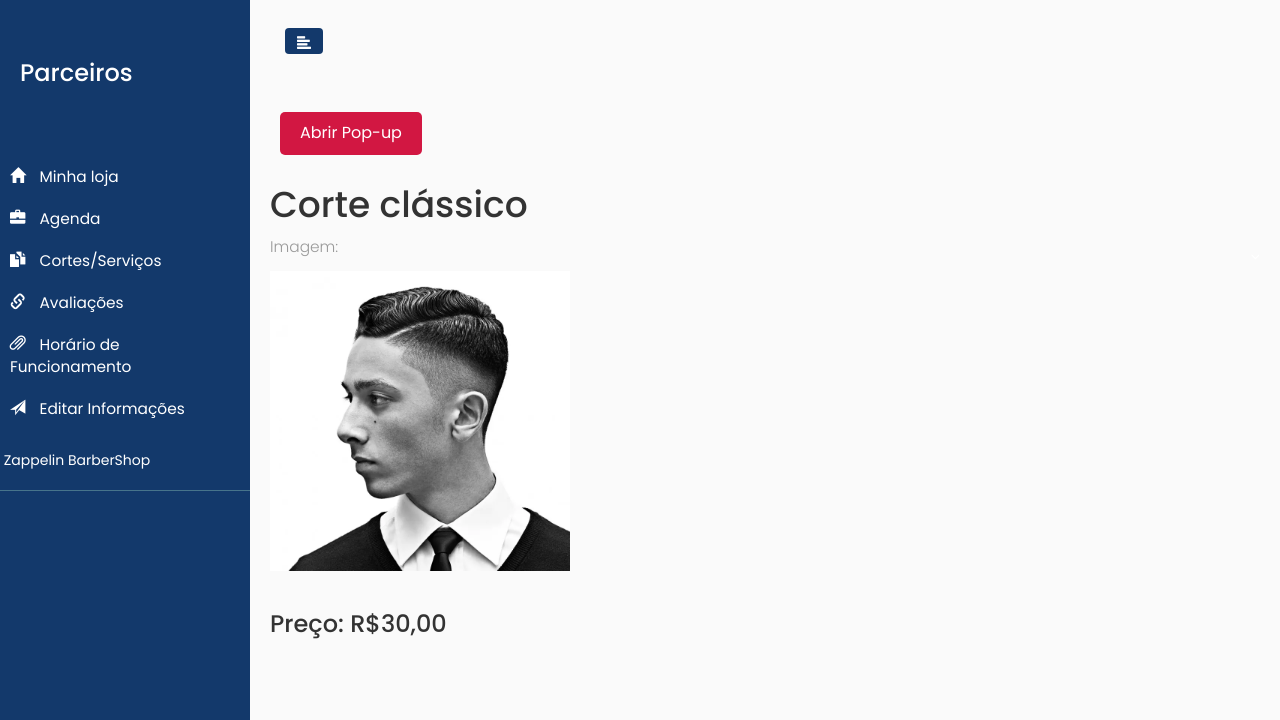
Repository: aquilesascar/barberconnect
Page: http://localhost/corteclassico.php
The author's editor kept a copy of each file at every save. The page is drawn from the files as they stood at one save, then again after a run of saves.
The browser window is 1280 px wide. The pictures show the whole page.
The page is run by PHP 8.4 with error messages shown; the project is at /var/www/html/.

Above is the page before, as saved 2023-10-10 10:42:09.

### corteclassico.php
<!DOCTYPE html>
<html>

<head>
    <meta charset="utf-8">
    <meta name="viewport" content="width=device-width, initial-scale=1.0">
    <meta http-equiv="X-UA-Compatible" content="IE=edge">

    <title>Barra de tarefas</title>

    <!-- Bootstrap CSS CDN -->
    <link rel="stylesheet" href="https://maxcdn.bootstrapcdn.com/bootstrap/3.3.7/css/bootstrap.min.css">
    <!-- Our Custom CSS -->
    <link rel="stylesheet" href="../TCC/assets/css/style4.css">

</head>

<body>
    <div class="wrapper">
        <?php
        //INCLUSÃO DO MENU
        include_once('menu.php');
        ?>
        <!-- Page Content Holder -->
        <div id="content">


            <div class="container-fluid">

                <div class="navbar-header">
                    <button type="button" id="sidebarCollapse" class="btn btn-info navbar-btn">
                        <i class="glyphicon glyphicon-align-left"></i>

                    </button>
                </div>

                <div class="collapse navbar-collapse" id="bs-example-navbar-collapse-1">

                </div>
            </div>
            </nav>
            <br><br>


            <button id="popUp" onclick="abrirPopup()">Abrir Pop-up</button>
            <script>
                function abrirPopup() {
    // Calcula a largura e a altura da janela pop-up
    var largura = 300;
    var altura = 200;

    // Calcula a posição central com base nas dimensões da tela do usuário
    var esquerda = (window.innerWidth - largura) / 2;
    var topo = (window.innerHeight - altura) / 2;

    // Cria uma nova janela pop-up centralizada
    var popup = window.open('', '_blank', 'width=' + largura + ',height=' + altura + ',left=' + esquerda + ',top=' + topo);

    // Conteúdo HTML para a pop-up (um campo de texto e um botão)
    var popupContent = `
        <div style="text-align: center;">
            <input type="text" id="textoInput" placeholder="Digite seu texto aqui" style="margin-bottom: 10px;">
            <br>
            <button onclick="salvarTexto()">Salvar</button>
        </div>
        <div id="textoSalvo" style="margin-top: 10px;"></div>
    `;

    // Define o conteúdo da pop-up
    popup.document.body.innerHTML = popupContent;

    // Adiciona a função salvarTexto à janela pop-up
    popup.salvarTexto = function() {
        // Obtém o valor do campo de texto na pop-up
        var texto = popup.document.getElementById('textoInput').value;

        // Exibe o texto na pop-up
        var textoSalvoDiv = popup.document.getElementById('textoSalvo');
        textoSalvoDiv.textContent = 'Texto Salvo: ' + texto;
    };
}

            </script>
            <style>
                #popUp,
                .salvar {
                    background-color: #D21742;
                    border: none;
                    color: white;
                    padding: 10px 20px;
                    text-align: center;
                    text-decoration: none;
                    display: inline-block;
                    font-size: 16px;
                    margin: 10px;
                    cursor: pointer;
                    border-radius: 5px;
                }

                .popup button {
                    background-color: #D21742;
                    border: none;
                    color: white;
                    padding: 10px 20px;
                    text-align: center;
                    text-decoration: none;
                    display: inline-block;
                    font-size: 16px;
                    margin: 10px;
                    cursor: pointer;
                    border-radius: 5px;
                }
            </style>






            <h1>Corte clássico</h1>
            <p>Imagem:</p>
            <img src="../TCC/assets/img/classiccorte.webp" alt="" class="img">
            <style>
                .img {
                    width: 300px;
                    height: auto;
                }
            </style>
            <h3>Preço: R$30,00</h3>

        </div>
    </div>

    <!-- jQuery CDN -->
    <script src="https://code.jquery.com/jquery-1.12.0.min.js"></script>
    <!-- Bootstrap Js CDN -->
    <script src="https://maxcdn.bootstrapcdn.com/bootstrap/3.3.7/js/bootstrap.min.js"></script>

    <script type="text/javascript">
        $(document).ready(function() {
            $('#sidebarCollapse').on('click', function() {
                $('#sidebar').toggleClass('active');
            });
        });
    </script>
</body>

</html>

### menu.php
<nav id="sidebar">
    <div class="sidebar-header">
        <h3>Parceiros</h3>
        <strong>BC</strong>
    </div>

    <ul class="list-unstyled components">
        <li>
            <a href="index4.php">
                <i class="glyphicon glyphicon-home"></i>
                Minha loja
            </a>

        </li>
        <li>
            <a href="agenda.php">
                <i class="glyphicon glyphicon-briefcase"></i>
                Agenda
            </a>

            <a href="corteclassico.php" aria-expanded="false">
                <i class="glyphicon glyphicon-duplicate"></i>
                Cortes/Serviços
            </a>
        </li>
        <li>
            <a href="avaliacoes.php">
                <i class="glyphicon glyphicon-link"></i>
                Avaliações
            </a>
        </li>
        <li>
            <a href="horario.php">
                <i class="glyphicon glyphicon-paperclip"></i>
                Horário de Funcionamento
            </a>
        </li>
        <li>
            <a href="#">
                <i class="glyphicon glyphicon-send"></i>
                Editar Informações
            </a>
        </li>
        <li>
            <a href="#"></a>
            <i class="glyphicon glyphicon-logout"></i>
            Zappelin BarberShop
        </li>
    </ul>

</nav>

### assets/css/style4.css
@import "https://fonts.googleapis.com/css?family=Poppins:300,400,500,600,700";

.form-check form-switch {
    text-align: justify;
}

h2 {
    padding-top: 20px;
}

h3 {
    padding-bottom: 20px;
    padding-top: 20px;
}

#sidebarCollapse {
    display: flex;
    align-items: center;
    justify-content: center;
}

#sidebarCollapse:hover {

    background-color: #05234b;
    color: white;
    align-items: center;
}

#lorem{
    color: #fafafa;
    font-size: 14px;
    user-select: none; /* Evita a seleção de texto */
    cursor: default;   /* Mantém o cursor padrão */
}


.coverImg {
    display: flex;
    justify-content: center;
}

.cover {
    border-radius: 8px;
}

.images {
    padding-bottom: 6% !important;
}

.linha{
    padding-bottom: 3%;
}

.filtros button {
    align-items: center !important;
    justify-content: center;
    border-radius: 25px !important;
    padding: 5px 17px;
    background-color: transparent;
    border-color: #8c8c8c !important;
    color: #8c8c8c;
    font-size: 16px !important;
    margin-right: 20px;
    font-weight: 450;
}

.filtros button:hover {
    background-color: transparent !important;
    /* Remove a mudança de cor de fundo */
    border-color: #6a6a6a !important;
    /* Remove a mudança de cor da borda */
    color: #6a6a6a !important;
    /* Remove a mudança de cor do texto */
}

.btn-primary {
    align-items: center !important;
    justify-content: center;
    border-radius: 5px !important;
    background-color: transparent;
    border-color: #080808 !important;
    color: #8c8c8c;
    font-size: 13px;
    margin-right: 20px;
    font-weight: 450;
}

.btn-primary:hover {
    background-color: transparent !important;
    /* Remove a mudança de cor de fundo */
    border-color: #6a6a6a !important;
    /* Remove a mudança de cor da borda */
    color: #6a6a6a !important;
    /* Remove a mudança de cor do texto */
}

.filtros {
    padding-bottom: 1%;

}

.divForm {
    margin-left: 10%;
    margin-right: 10%;
    border-radius: 6px;
    background-color: white;
    position: relative;
}

.divTable {
    border-radius: 6px;
    background-color: white;
    position: relative;
    box-shadow: 0 4px 8px 0 rgba(0, 0, 0, 0.2);
}

.divTable table {
    width: 100%;
    border-collapse: collapse;
    font-family: Arial, sans-serif;
}

.divTable th {
    background-color: #13396B;
    color: white;
    padding: 10px;
    text-align: center;
}

.divTable td {
    padding: 18px;
    text-align: center;
    border-bottom: 1px solid #ddd;
}

.divTable tr:hover {
    background-color: #f5f5f5;
}

.divTable caption {
    caption-side: top;
    text-align: center;
    font-weight: bold;
}


.barberItem {
    box-sizing: border-box;
    width: calc(100% / 3 - 10px);
    height: 200px;
    display: inline-block;
    position: relative;
    border-radius: 15px; /* Adiciona bordas arredondadas */
    box-shadow: 0 4px 8px 0 rgba(0,0,0,0.2); /* Adiciona sombra */
    transition: transform 0.4s ease, box-shadow 0.2s ease;
    background-color: #ffffff; /* Adiciona cor de fundo */
    padding: 10px 20px;
    margin-right: 6px;
    margin-bottom: 20px; /* Espaçamento entre as linhas */
}

.barberItem:hover {
    border-color: #6a6a6a !important;
    cursor: pointer;
}

.barberItem p {
    padding-left: 15%;
    font-size: 20px !important;
    padding-bottom: 20% !important;
    display: inline-block !important;
}

.barberText {
    margin-left: 85px;
    font-size: 24px;
    align-items: center;
    position: relative;
    top: -78px;
}

.description {
    padding-top: 4%;
}

.itemDescription {
    color: #8c8c8c;
    display: block;
    padding-bottom: 5%;
}

.price {
    padding-top: 5%;
    font-weight: 700;
    font-size: 20px;
}

.infos {
    position: relative;
    top: -1px;
    display: flex;
    justify-content: space-between;
    /* Isso substituirá a necessidade de float: right; */
}

.rightInfo {
    clear: both;
}

.itemName {
    font-size: 20px;
    font-weight: 600;
    position: relative;
}

.bi-star-fill {
    font-size: 16px;

}

.barberInfo {
    padding-top: 5%;
    font-size: 16px;
}

.avaliacao {
    color: rgb(255, 213, 0);
    text-decoration: underline;
    transition: color 0.2s ease;
}

.avaliacao:hover {
    cursor: pointer;
    color: rgb(251, 209, 0);
}

.distancia {
    color: rgba(0, 0, 0, 0.45);
}

.barberText {
    padding-top: 3px;
    font-size: 16px;
}

.barberName {
    font-size: 24px;
    font-weight: 700;
    position: relative;

}

.images img {
    padding-right: 3% !important;
}

body {
    font-family: 'Poppins', sans-serif;
    background: #fafafa;
}

p {
    font-family: 'Poppins', sans-serif;
    font-size: 1.1em;
    font-weight: 300;
    line-height: 1.7em;
    color: #999;
}

a,
a:hover,
a:focus {
    color: inherit;
    text-decoration: none;
    transition: all 0.3s;
}

.navbar {
    padding: 15px 10px;
    background: #fff;
    border: none;
    border-radius: 0;
    margin-bottom: 40px;
    box-shadow: 1px 1px 3px rgba(0, 0, 0, 0.1);
}

.minImg {
    position: absolute;
    right: 0;
    top: 50%;
    transform: translateY(-50%);
    padding-right: 5%;

}


.images img {
    padding-right: 3% !important;
}

.navbar-btn {
    box-shadow: none;
    outline: none !important;
    border: none;
    color: #ffffff;
    background-color: #13396B;
}

.line {
    width: 100%;
    height: 1px;
    border-bottom: 1px dashed #ddd;
    margin: 40px 0;
}

i,
span {
    display: inline-block;
}

/* ---------------------------------------------------
    SIDEBAR STYLE
----------------------------------------------------- */
.wrapper {
    display: flex;
    height: 100%;
    /*align-items: stretch;*/
}

#agenda {
    background-color: #13396B !important;
    color: white;
    cursor: default;
}

#thData:hover {
    cursor: pointer;
}

#sidebar {
    min-width: 250px;
    max-width: 250px;
    background: #13396B;
    color: #ffffff;
    transition: all 0.3s;
}

#sidebar.active {
    min-width: 80px;
    max-width: 80px;
    text-align: center;
}

#sidebar.active .sidebar-header h3,
#sidebar.active .CTAs {
    display: none;
}

#sidebar.active .sidebar-header strong {
    display: block;
}

#sidebar ul li a {
    text-align: left;
}

#sidebar.active ul li a {
    padding: 20px 10px;
    text-align: center;
    font-size: 0.85em;
}

#sidebar.active ul li a i {
    margin-right: 0;
    display: block;
    font-size: 1.8em;
    margin-bottom: 5px;
}

#sidebar.active ul ul a {
    padding: 10px !important;
}

#sidebar.active a[aria-expanded="false"]::before,
#sidebar.active a[aria-expanded="true"]::before {
    top: auto;
    bottom: 5px;
    right: 50%;
    -webkit-transform: translateX(50%);
    -ms-transform: translateX(50%);
    transform: translateX(50%);
}

#sidebar .sidebar-header {
    padding: 20px;
    background: #13396B;
}

#sidebar .sidebar-header strong {
    display: none;
    font-size: 1.8em;
}

#sidebar ul.components {
    padding: 20px 0;
    border-bottom: 1px solid #47748b;
}

#sidebar ul li a {
    padding: 10px;
    font-size: 1.1em;
    display: block;
}

#sidebar ul li a:hover {
    color: #13396B;
    background: #fff;
}

#sidebar ul li a i {
    margin-right: 10px;
}

#sidebar ul li.active>a,
a[aria-expanded="true"] {
    color: #fff;
    background: #13396B;
}


a[data-toggle="collapse"] {
    position: relative;
}

a[aria-expanded="false"]::before,
a[aria-expanded="true"]::before {
    content: '\e259';
    display: block;
    position: absolute;
    right: 20px;
    font-family: 'Glyphicons Halflings';
    font-size: 0.6em;
}

a[aria-expanded="true"]::before {
    content: '\e260';
}


ul ul a {
    font-size: 0.9em !important;
    padding-left: 30px !important;
    background: #13396B;
}

ul.CTAs {
    padding: 20px;
}

ul.CTAs a {
    text-align: center;
    font-size: 0.9em !important;
    display: block;
    border-radius: 5px;
    margin-bottom: 5px;
}

a.download {
    background: #13396B;
    color: #13396B;
}

a.article,
a.article:hover {
    background: #13396B !important;
    color: #fff !important;
}

#imgCorte {
    width: 100px;
}

/* ---------------------------------------------------
    CONTENT STYLE
----------------------------------------------------- */
#content {
    padding: 20px;
    min-height: 100vh;
    transition: all 0.3s;
}


/* ---------------------------------------------------
    MEDIAQUERIES
----------------------------------------------------- */
@media (max-width: 768px) {
    #sidebar {
        min-width: 80px;
        max-width: 80px;
        text-align: center;
        margin-left: -80px !important;
    }

    a[aria-expanded="false"]::before,
    a[aria-expanded="true"]::before {
        top: auto;
        bottom: 5px;
        right: 50%;
        -webkit-transform: translateX(50%);
        -ms-transform: translateX(50%);
        transform: translateX(50%);
    }

    #sidebar.active {
        margin-left: 0 !important;
    }

    #sidebar .sidebar-header h3,
    #sidebar .CTAs {
        display: none;
    }

    #sidebar .sidebar-header strong {
        display: block;
    }

    #sidebar ul li a {
        padding: 20px 10px;
    }

    #sidebar ul li a span {
        font-size: 0.85em;
    }

    #sidebar ul li a i {
        margin-right: 0;
        display: block;
    }

    #sidebar ul ul a {
        padding: 10px !important;
    }

    #sidebar ul li a i {
        font-size: 1.3em;
    }

    #sidebar {
        margin-left: 0;
    }

    #sidebarCollapse span {
        display: none;
    }
}

After the next 2 saves:
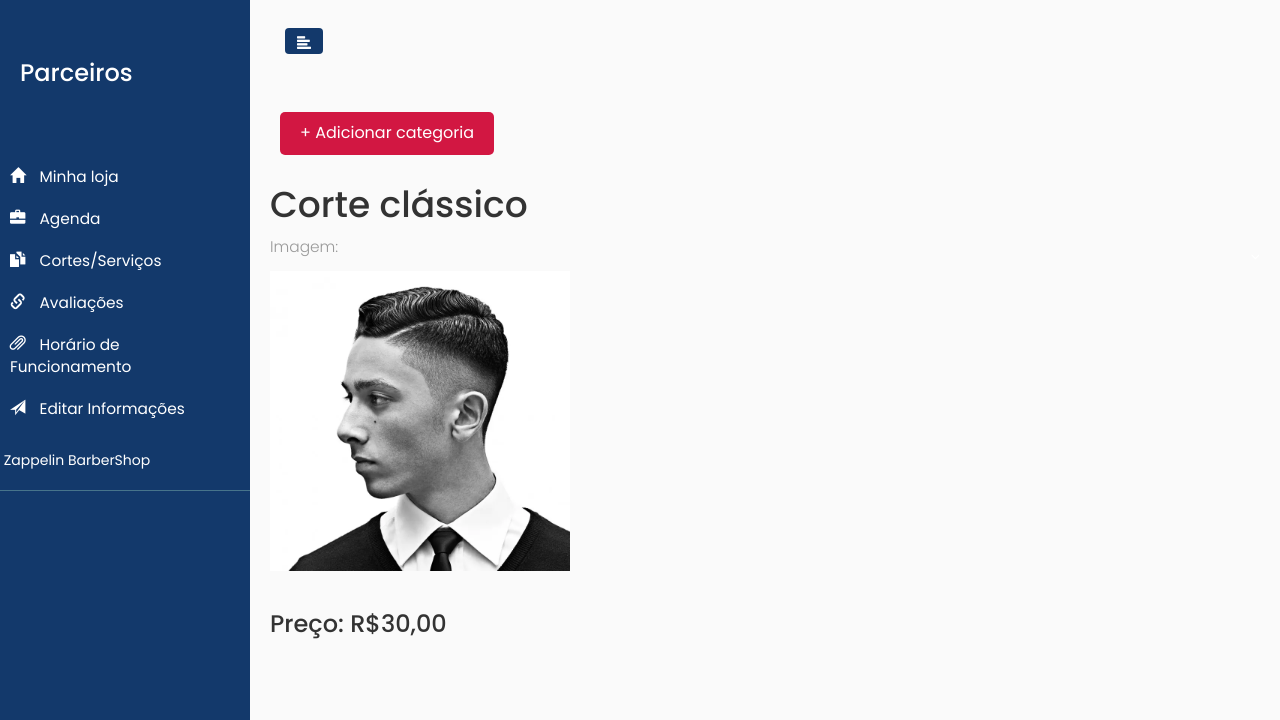
The 2 saves are shown as one change because they came seconds apart.
The last was saved 2 min 9 s later.
--- a/corteclassico.php
+++ b/corteclassico.php
@@ -42,7 +42,7 @@
             <br><br>
 
 
-            <button id="popUp" onclick="abrirPopup()">Abrir Pop-up</button>
+            <button id="popUp" onclick="abrirPopup()">+ Adicionar categoria</button>
             <script>
                 function abrirPopup() {
     // Calcula a largura e a altura da janela pop-up
